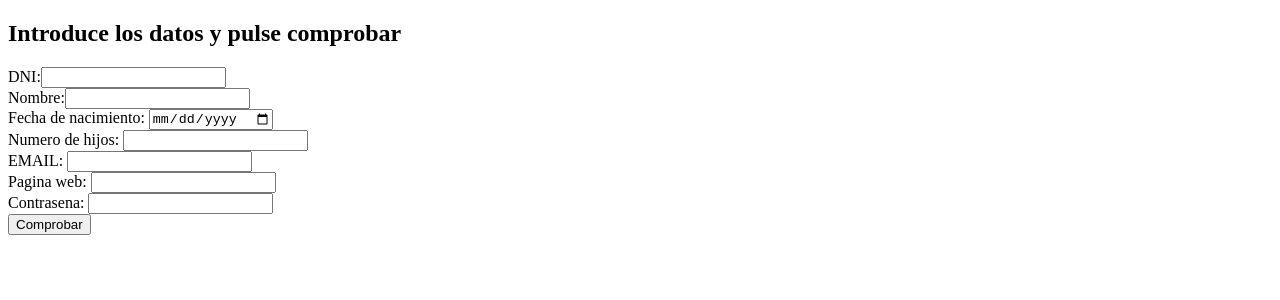
Repository: KoTvTrysaX01/2DAW-Desarrollo-WEB-en-Entorno-Cliente
Page: JAVASCRIPT/UD2/practica5/Actividad1/index.html
The author's editor kept a copy of each file at every save. The page is drawn from the files as they stood at one save, then again after the next save.
The browser window is 1280 px wide. The pictures show the whole page.

Above is the page before, as saved 2025-10-30 22:14:57.

### JAVASCRIPT/UD2/practica5/Actividad1/index.html
<!DOCTYPE html>
<html>
  <body>
    <h2>Introduce los datos y pulse comprobar</h2>
    <form id = "registartionForm" name="form1" method="post" action="" target=" _blank">
        DNI:<input id="dni" type="text" name="dni"><br>
        Nombre:<input id="nombre" type="text" name="nombre"><br>
        Fecha de nacimiento: <input id="fecha" type="date" name="fecha"><br>
        Numero de hijos: <input type="number" name="hijos"><br>
        EMAIL: <input id = "email" type="text" name="email"><br>
        Pagina web: <input type="text" name="web"><br>
        Contrasena: <input type="text" name="contrasena" id = "password"><br>
        <input type="submit" value = "Comprobar">
    </form>


    <div id="errorMessages"></div>
    <script src="script.js"></script>
  </body>
</html>

### JAVASCRIPT/UD2/practica5/Actividad1/script.js
let form = document.getElementById("registartionForm");
let emailInput = document.getElementById("email");
let error = document.getElementById("errorMessages");
let dni = document.getElementById("dni")
let passw = document.getElementById("password")
form.addEventListener("submit", (e) => {
  e.preventDefault();
  const emailForm = emailInput.value.trim();
  const password = passw.value.trim()
  function validEmail(emailForm) {
    return /^[a-z]*[@]{1}[a-z]*[\.]{1}[a-z]{2,3}$/g.test(emailForm);

  }
    function esValido(emailForm) {
      if (validEmail(emailForm)) {
        error.innerHTML = "email  e valido";
      } else {
        error.innerHTML = "email no es valido";
      }
    }
    esValido(emailForm);

    function validarDni(dni) {
      return /^[XYZ]?\d{5,8}[TRWAGMYFPDXBNJZSQVHLCKET]$/.test(dni)
    }
    function esValidoDni(dni) {
      if (validarDni(dni)) {
        error.innerHTML += "dni es valido"
      } else {
        error.innerHTML += "dni no es valido"
        dni.value = ""
      }
    }
    esValidoDni(dni)

    function validWeb(web) {
          return /^https?:\/\/(?:www\.)?[a-zA-Z0-9\-]+\.[a-zA-Z]{2,}(?:\/.*)?$/.test(web);
        }
     function validarContrasena(passwor) {
      var p = passwor.length
      if(p >2 && p < 12) {
        error.innerHTML += "password es correcto"
      } else {
         error.innerHTML += "password  no es correcto"
         passw.value = ""
      }
     }
     validarContrasena(password)


});

After the next save:
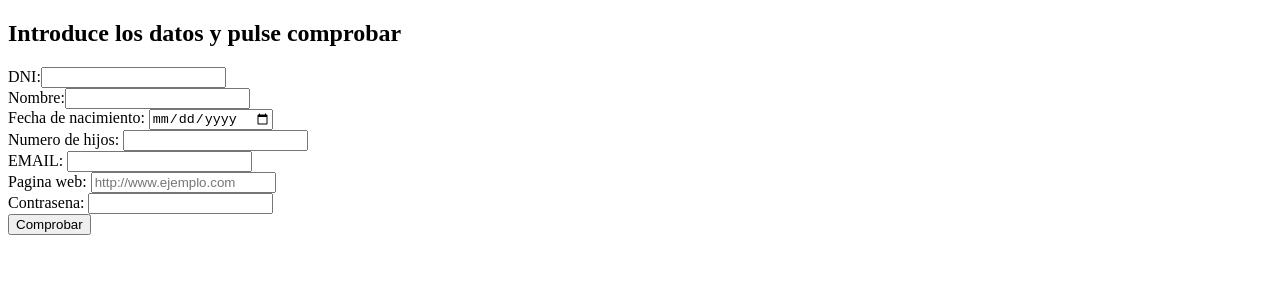
Saved 42 h 16 min later.
--- a/JAVASCRIPT/UD2/practica5/Actividad1/index.html
+++ b/JAVASCRIPT/UD2/practica5/Actividad1/index.html
@@ -3,13 +3,13 @@
   <body>
     <h2>Introduce los datos y pulse comprobar</h2>
     <form id = "registartionForm" name="form1" method="post" action="" target=" _blank">
-        DNI:<input id="dni" type="text" name="dni"><br>
-        Nombre:<input id="nombre" type="text" name="nombre"><br>
-        Fecha de nacimiento: <input id="fecha" type="date" name="fecha"><br>
-        Numero de hijos: <input type="number" name="hijos"><br>
-        EMAIL: <input id = "email" type="text" name="email"><br>
-        Pagina web: <input type="text" name="web"><br>
-        Contrasena: <input type="text" name="contrasena" id = "password"><br>
+        DNI:<input id="dni" type="text" name="dni" ><br>
+        Nombre:<input id="nombre" type="text" name="nombre" ><br>
+        Fecha de nacimiento: <input id="fecha" type="date" name="fecha" ><br>
+        Numero de hijos: <input type="number" name="hijos" id = "hijos" ><br>
+        EMAIL: <input id = "email" type="text" name="email" ><br>
+        Pagina web: <input type="text" name="web" id = "pagina" placeholder="http://www.ejemplo.com" required><br>
+        Contrasena: <input type="text" name="contrasena" id = "password" ><br>
         <input type="submit" value = "Comprobar">
     </form>
 
